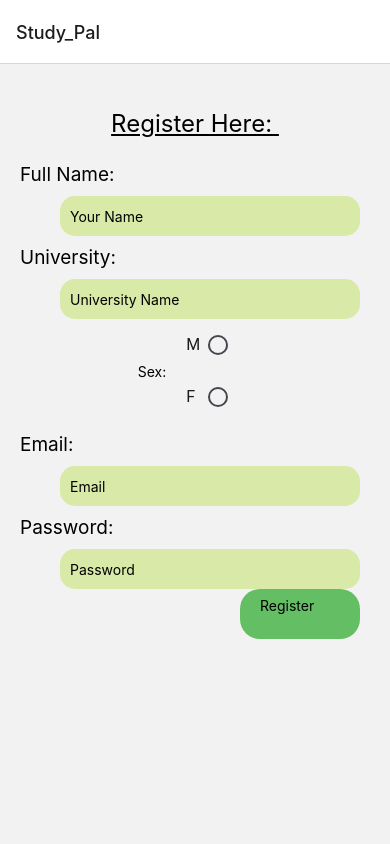
Repository: abdurehmanali611/Study-Pal
Screen: /
An editor plug-in stored every save of this project. The screen is shown before and after the next save, followed by the edit.
The app was drawn by React Native's web renderer in a window 390 px wide. The project was rebuilt for these pictures with package versions that can differ from the ones it lists, and the page was loaded fresh each time. Also part of the build but not shown: Front_Pages/Home.js, Screens/Softwareeng.js, Screens/Computersci.js, Screens/Informationsci.js, Screens/Informationtech.js, Screens/Softwarecards.js, Screens/Computercards.js, Screens/Sciencecards.js and 4 more.

Above is the screen before, as saved 2024-01-23 22:22:25.

After the next save:
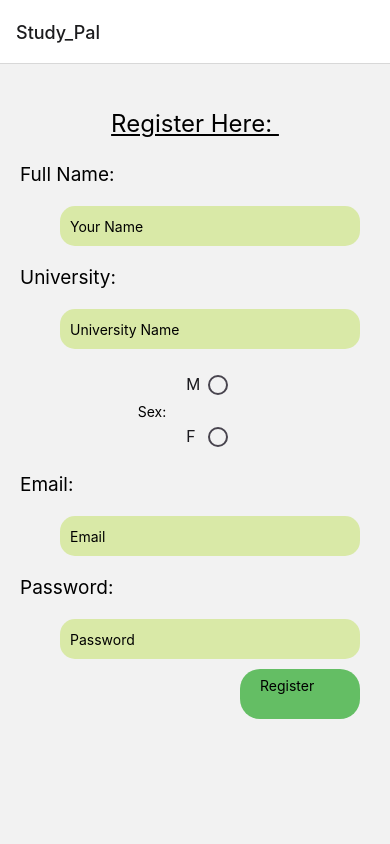
Saved 5 s later.
--- a/Front_Pages/Sign_Up.js
+++ b/Front_Pages/Sign_Up.js
@@ -144,7 +144,7 @@ const styles = StyleSheet.create ({
         width: 300,
         height: 40,
         paddingLeft: 10,
-
+        marginVertical: 10
     },
     press : {
       marginHorizontal: 220,
